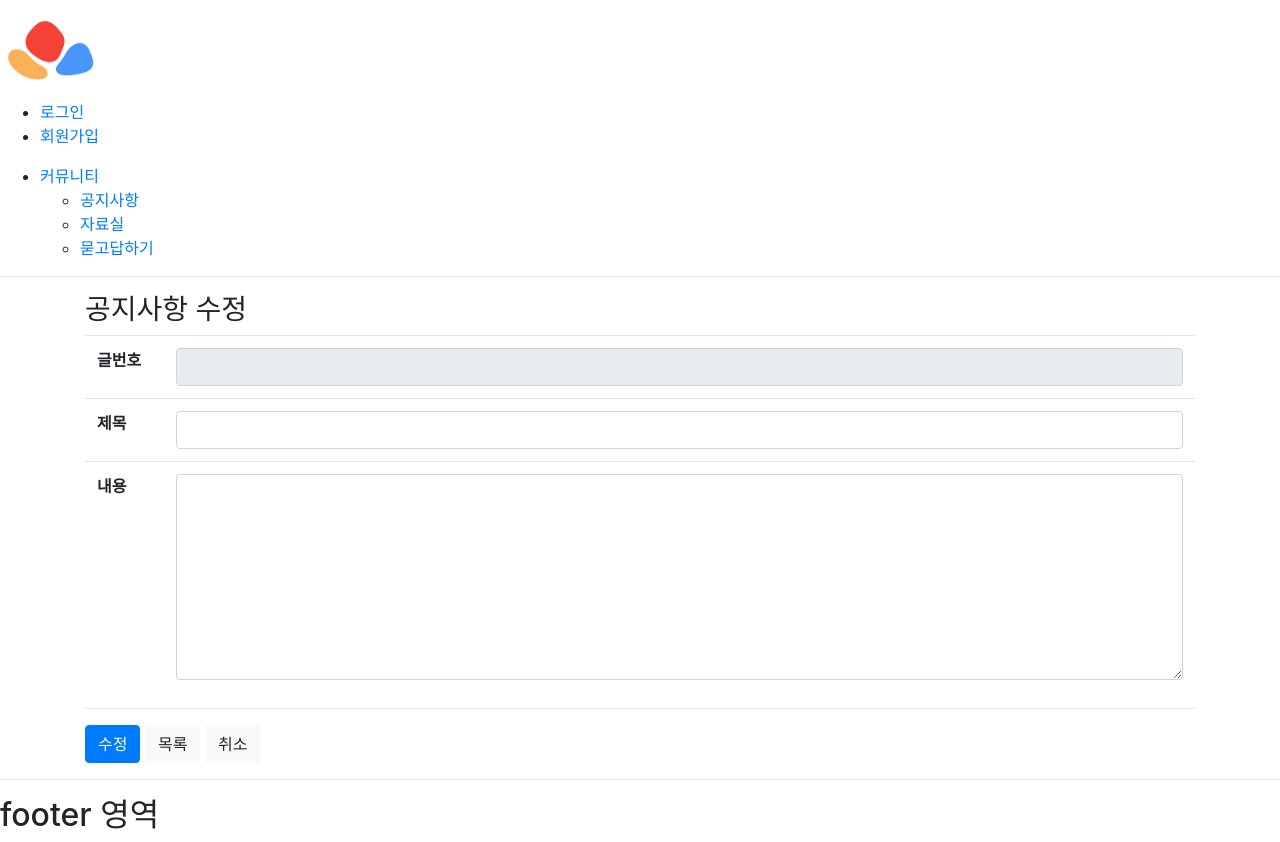
Repository: rnjsmj/pro01
Page: http://localhost/pro01/notice/notice_edit.jsp
The author's editor kept a copy of each file at every save. The page is drawn from the files as they stood at one save, then again after the next save.
The browser window is 1280 px wide. The pictures show the whole page.
The page is served by Tomcat 9. Nobody is signed in. The application's start-up code is not run. The template is opened directly, without the code that normally fills it, so the values that code supplies are empty.

Above is the page before, as saved 2024-04-05 07:17:38.

After the next save:
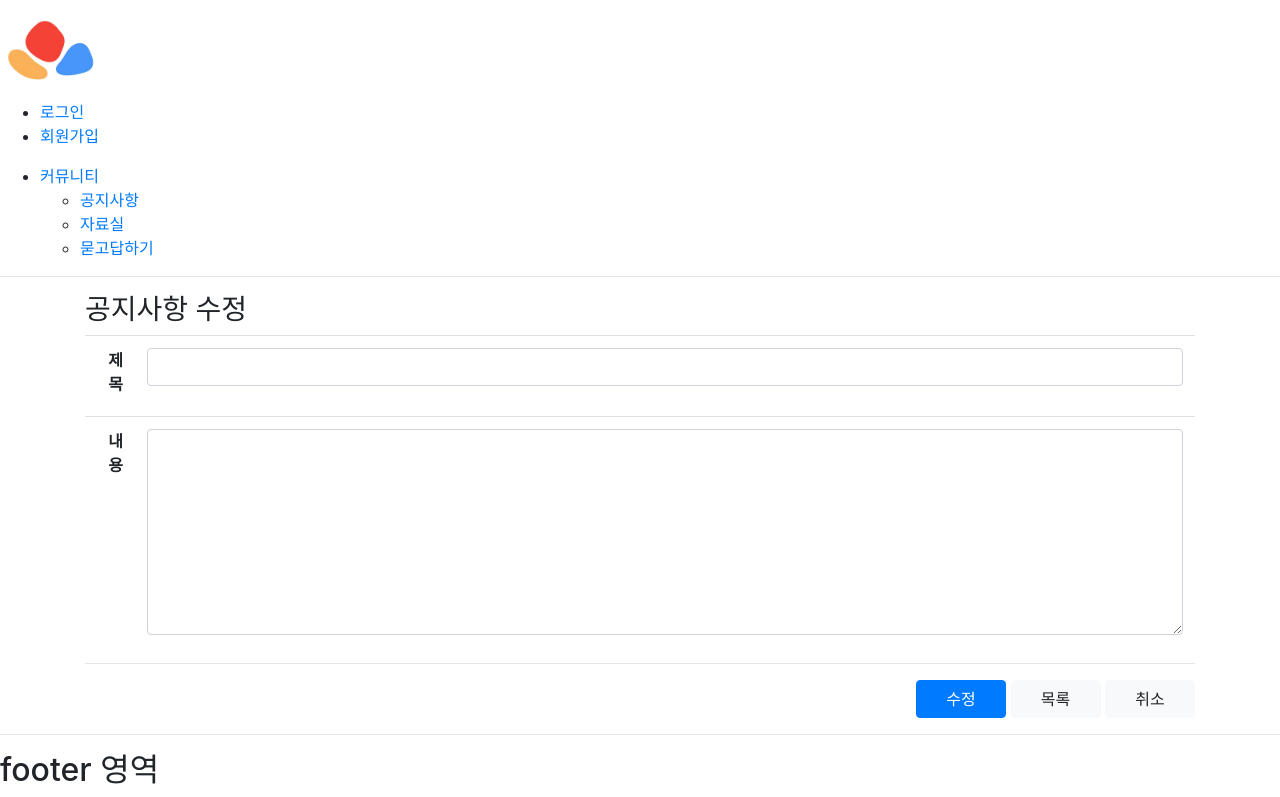
Saved 35 s later.
--- a/pro01/WebContent/notice/notice_edit.jsp
+++ b/pro01/WebContent/notice/notice_edit.jsp
@@ -10,7 +10,10 @@
 <title>${title }</title>
 <%@ include file="/head.jsp" %>
 <style>
-
+.notice-no { display:none; }
+.table th { text-align:right; width:50px;}
+.buttons { text-align:right; }
+.buttons a, button {width:90px;}
 </style>
 </head>
 <body>
